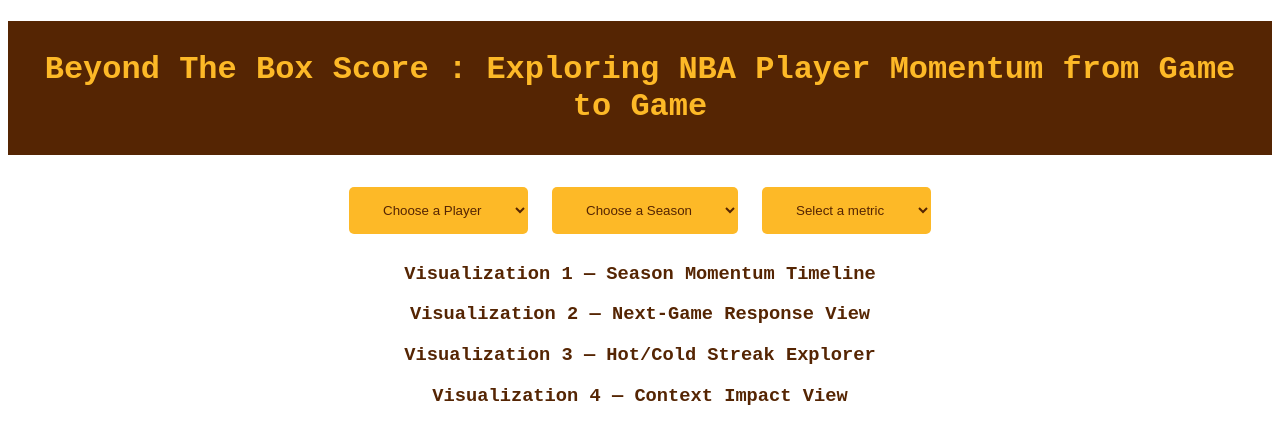
Repository: houdafatih/Data-Viz-Project
Page: index.html
The author's editor kept a copy of each file at every save. The page is drawn from the files as they stood at one save, then again after the next save.
The browser window is 1280 px wide. The pictures show the whole page.

Above is the page before, as saved 2026-06-12 14:15:10.

After the next save:
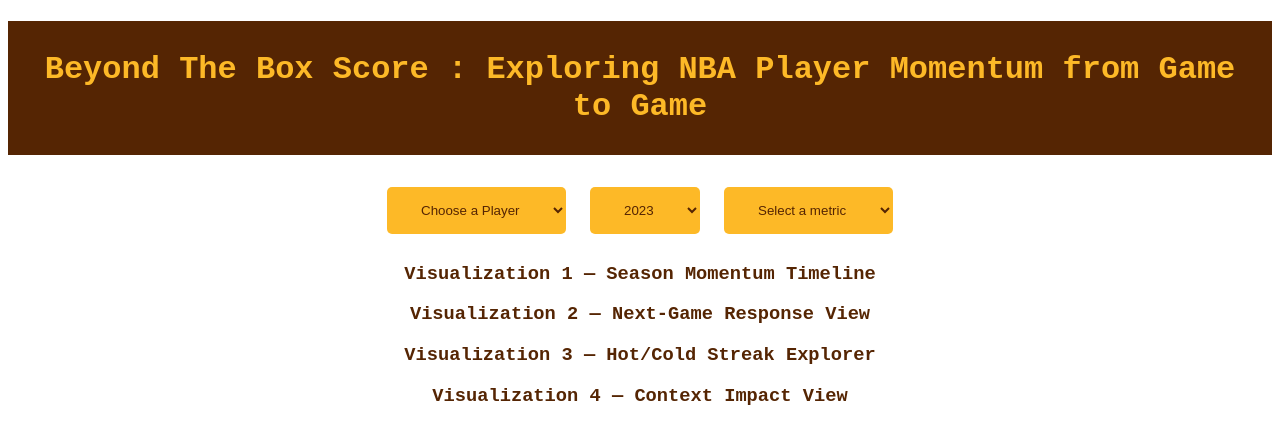
Saved 69 s later.
--- a/index.html
+++ b/index.html
@@ -14,7 +14,7 @@
         </select>
 
         <select id="seasonSelect">
-            <option selected disabled> Choose a Season</option>
+
         </select>
 
         <select id="metric-select">

After the save that followed:
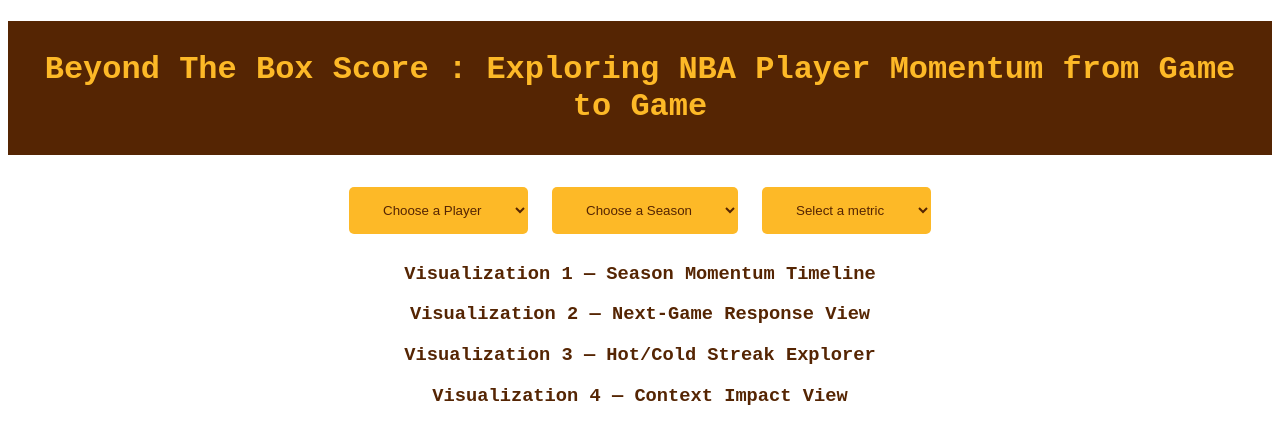
Saved 68 s later.
--- a/index.html
+++ b/index.html
@@ -14,7 +14,7 @@
         </select>
 
         <select id="seasonSelect">
-
+            <option selected disabled> Choose a Season</option>
         </select>
 
         <select id="metric-select">
